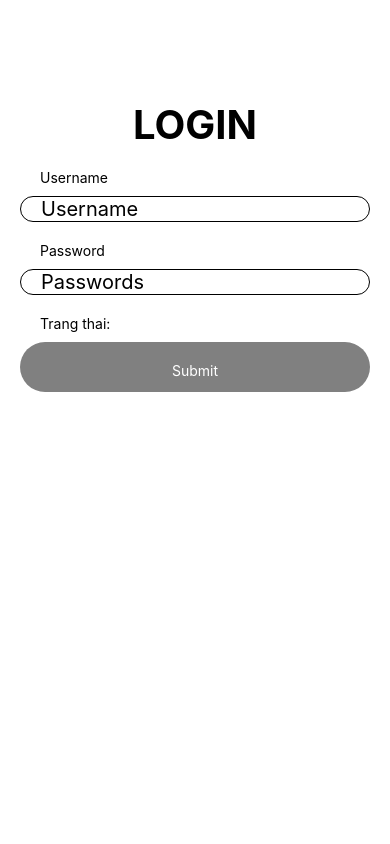
Repository: vietnguyenhoangw/ReactNative-FirstApplication
Screen: /
These files come from the project's save history. The screen is drawn as it stood at one moment and after a run of saves; the edit follows.
The app was drawn by React Native's web renderer in a window 390 px wide. The project was rebuilt for these pictures with package versions that can differ from the ones it lists, and the page was loaded fresh each time.

Above is the screen before, as saved 2019-12-11 09:49:30.

### App.js
// import thu vien

import React, {Component} from "react"

import {
  View,
  Text,
  StyleSheet,
  TextInput,
  TouchableOpacity,
} from "react-native"

// code class, component : render

class HelloWorld extends Component {

  constructor(props) {
    super(props);

    this.state = {
      username: '',
      password: '',
      text: '',
    }
  }

  click() {
    var Username = "aaa";
    var Password = "bbb";

    if (this.state.username != Username) {
      console.log('Sai username, password')
      this.setState({
        text : "Sai username, password"
      })
    }else {
      if (this.state.password != Password) {
        console.log('Sai username, password')
        this.setState({
          text : "Sai username, password"
        })
      }
      else {
        console.log('Thanh Cong')
        this.setState({
          text : "Thanh cong"
        })
      }
    }
  }

  render() {
    return(
      <View style={styles.viewOnScreen}>

        <View style={styles.viewHeader}>

          <Text style={styles.textTitle}>LOGIN</Text>

        </View>

        <View style={styles.body}>

          <Text style={styles.textUser}>Username</Text>

          <TextInput
            style={styles.textInput}
            placeholder = "Username"
            onChangeText={(text) => this.setState({username:text})}/>

          <Text style={styles.textUser}>Password</Text>

          <TextInput style={styles.textInput}
           placeholder = "Passwords"
           onChangeText={(text) => this.setState({password:text})} />

          <Text style={styles.textUser}>Trang thai: {this.state.text}</Text>

          <TouchableOpacity
            style={styles.btn}
            onPress={() => {this.click()}}>
            <Text style={styles.textBtn}>Submit</Text>
          </TouchableOpacity>

        </View>

      </View>
    );
  }
}

const styles = StyleSheet.create({
  viewOnScreen: {
    width: '100%',
    height: '100%'
  },
  viewHeader: {
      width:'100%',
  },
  textTitle: {
    textAlign:'center',
    marginTop: 100,
    marginBottom: 20,
    fontWeight:'bold',
    fontSize: 40
  },
  textUser: {
    marginLeft: 40,
    marginRight: 20,
    marginBottom: 10,
  },
  textInput:{
    borderRadius:50,
    marginBottom: 20,
    marginLeft: 20,
    marginRight: 20,
    borderWidth:1,
    borderColor: 'black',
    fontSize:20,
    paddingLeft: 20,
    paddingRight: 10
  },
  btn: {
    height:50,
    borderRadius:50,
    backgroundColor:'gray',
    marginLeft: 20,
    marginRight: 20,
    padding:20,
  },
  textBtn: {
    color: 'white',
    textAlign:'center',
  }
});

export default HelloWorld

After the next 2 saves:
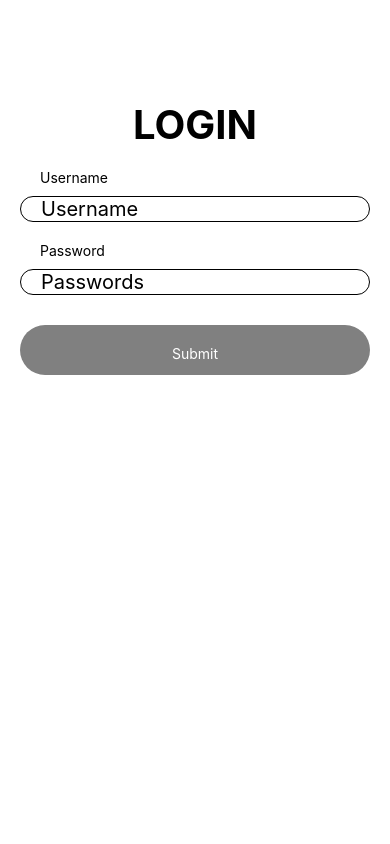
The 2 saves are shown as one change because they came seconds apart.
The last was saved 23 s later.
--- a/App.js
+++ b/App.js
@@ -74,7 +74,7 @@ class HelloWorld extends Component {
            placeholder = "Passwords"
            onChangeText={(text) => this.setState({password:text})} />
 
-          <Text style={styles.textUser}>Trang thai: {this.state.text}</Text>
+          <Text style={styles.textUser}>{this.state.text}</Text>
 
           <TouchableOpacity
             style={styles.btn}
